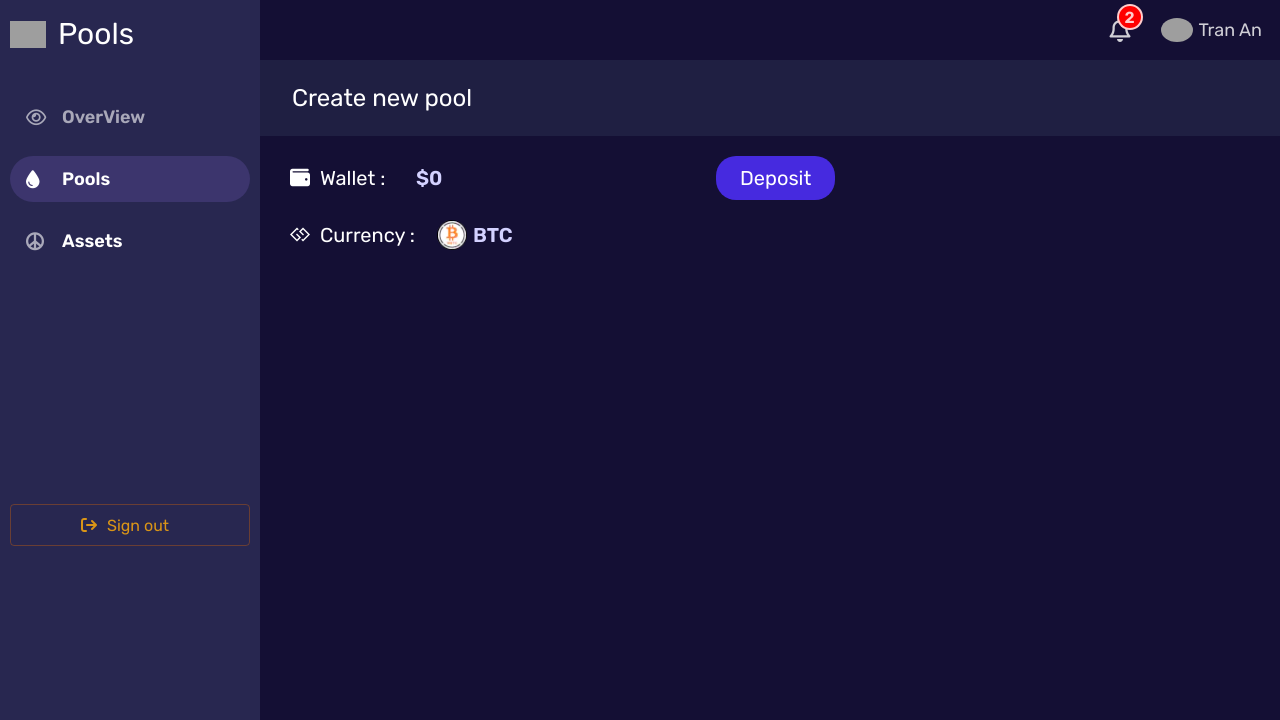
Repository: quynh232000/pools
Page: pool/create-pool.html
These files come from the project's save history. The page is drawn as it stood at one moment and after the next save; the edit follows.
The browser window is 1280 px wide. The pictures show the whole page.
Pictures or frames that could not be fetched are drawn as grey boxes.

Above is the page before, as saved 2023-07-14 00:45:54.

After the next save:
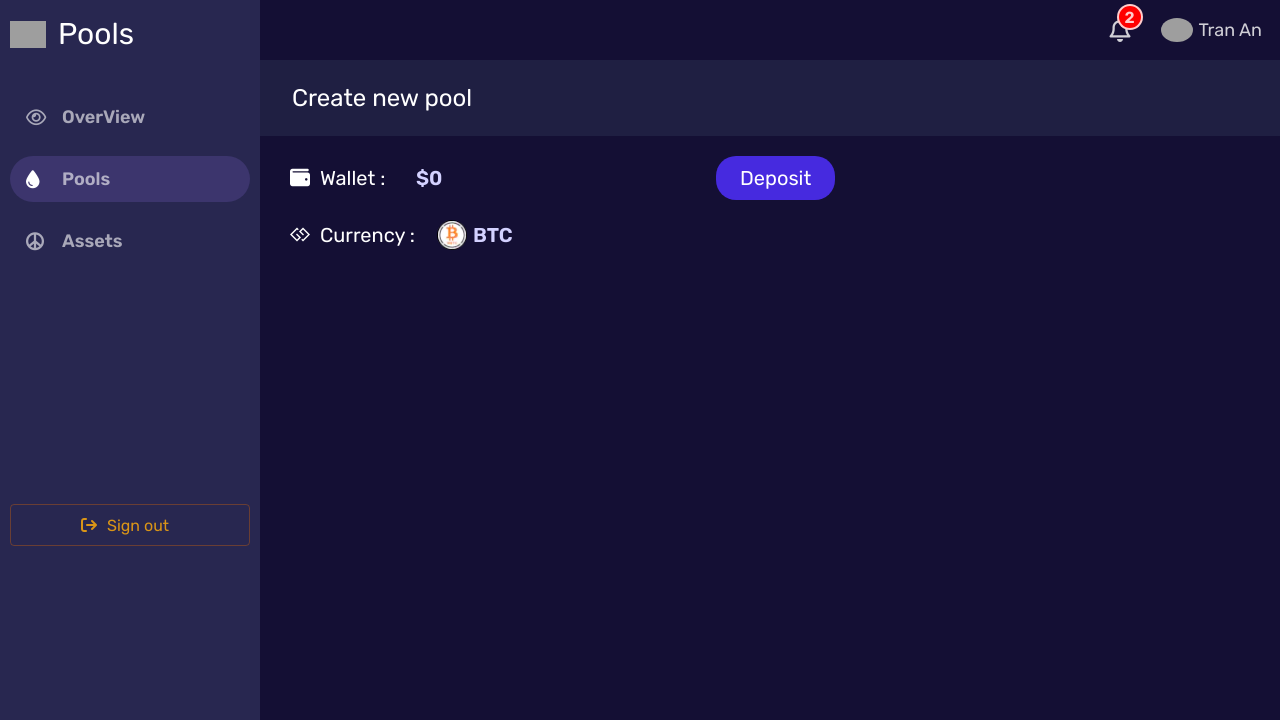
Saved 4 min 13 s later.
--- a/src/css/base.css
+++ b/src/css/base.css
@@ -18,6 +18,6 @@
     color: var(--text-color);
 }
 a{
-    color: white;
+    color:  rgb(255 255 255/.6);
     text-decoration: none;
 }

After the save that followed:
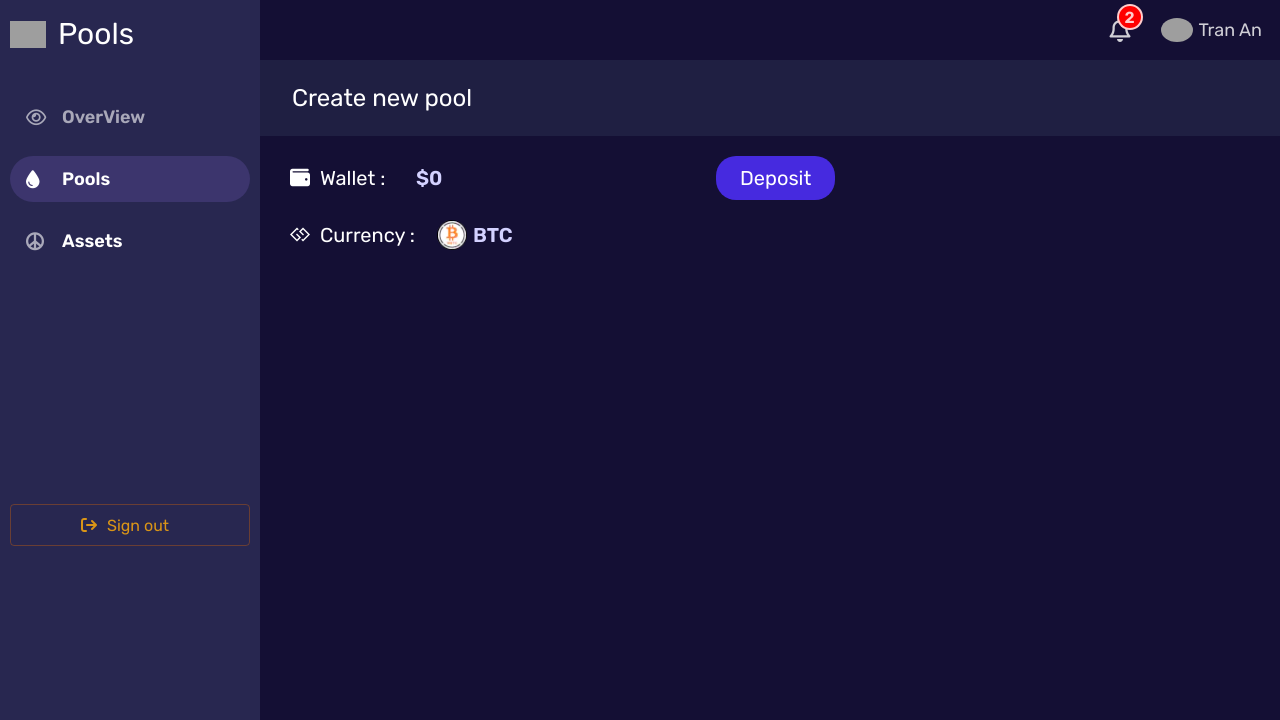
Saved 35 s later.
--- a/src/css/base.css
+++ b/src/css/base.css
@@ -18,6 +18,6 @@
     color: var(--text-color);
 }
 a{
-    color:  rgb(255 255 255/.6);
+    color:  white;
     text-decoration: none;
 }
